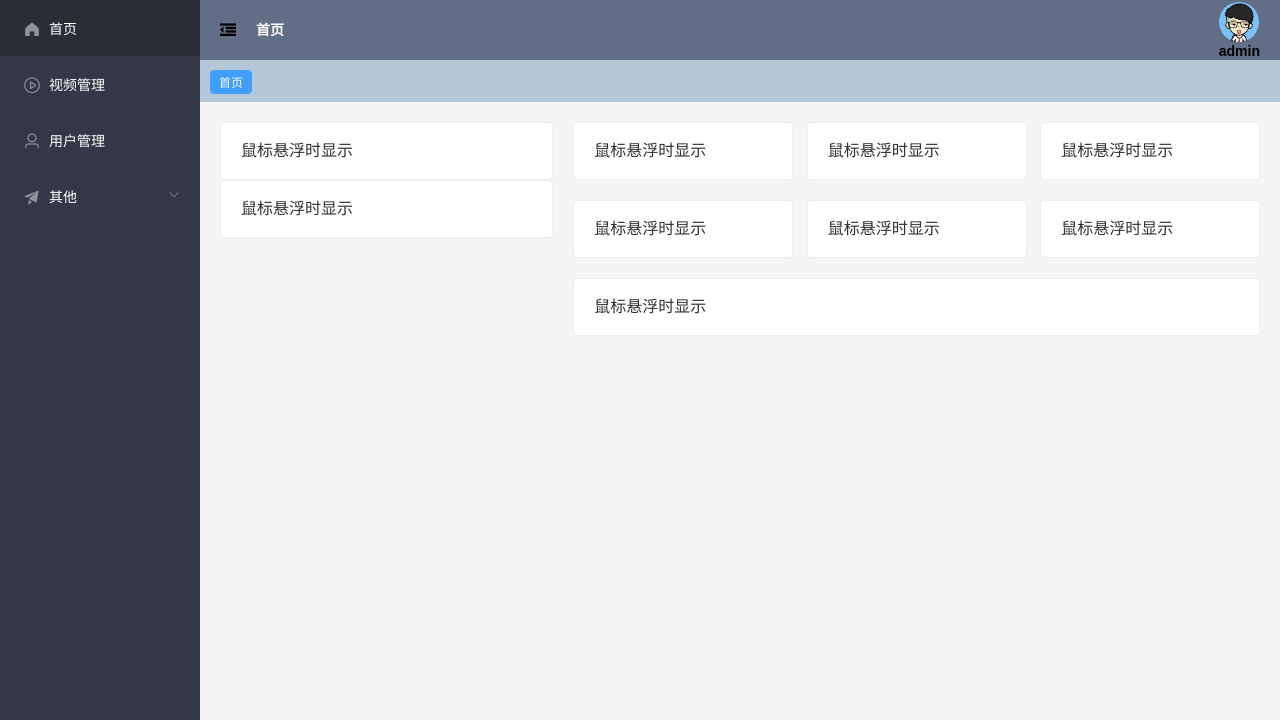
Repository: coWhy/vue-manage
Page: /
An editor plug-in stored every save of this project. The page is shown before and after the next save, followed by the edit.
The browser window is 1280 px wide. The pictures show the whole page.
The project was rebuilt for these pictures with package versions that can differ from the ones it lists, and the page was loaded fresh each time. Also part of the build but not shown: vue.config.js.

Above is the page before, as saved 2020-04-13 22:44:35.

### src/main.js
import Vue from 'vue'
import App from './App.vue'
import router from './router'
import store from './store'
// 全局配置样式
import '@/assets/scss/reset.scss'
import '@/assets/font-awesome-4.7.0/css/font-awesome.css'
// 第三方包
import ElementUI from 'element-ui'
import 'element-ui/lib/theme-chalk/index.css'
// 自定义全局插件
import http from '@/plugins/http' // 自定义全局axios
// 引入Mock 主要是用于前端模拟使用 使用时 记得注释掉
import './mock'

Vue.config.productionTip = false
Vue.use(http)
console.log(
  `当前所处开发环境:【${process.env.NODE_ENV}】| 路由为: 【${process.env.VUE_APP_URL}】`
)
Vue.use(ElementUI)
new Vue({
  router,
  store,
  render: h => h(App)
}).$mount('#app')

### src/App.vue
<template>
  <div id="app">
    <router-view />
  </div>
</template>

<style lang="scss">
#app {
  // color: $theme-color;
  height: 100vh;
}
</style>

### src/router/index.js
import Vue from 'vue'
import VueRouter from 'vue-router'
//
const originalPush = VueRouter.prototype.push
VueRouter.prototype.push = function push(location) {
  return originalPush.call(this, location).catch(err => err)
}
Vue.use(VueRouter)

const routes = [
  {
    path: '/',
    component: () => import('@/views/layout/index'),
    children: [
      {
        path: '/',
        name: 'home',
        component: () => import('@/views/home/index')
      },
      {
        path: '/video',
        name: 'video',
        component: () => import('@/views/video/index')
      },
      {
        path: '/user',
        name: 'user',
        component: () => import('@/views/user/index')
      },
      {
        path: '/page1',
        name: 'page1',
        component: () => import('@/views/other/page1')
      },
      {
        path: '/page2',
        name: 'page2',
        component: () => import('@/views/other/page2')
      }
    ]
  }
]

const router = new VueRouter({
  routes
})

export default router

### src/store/index.js
import Vue from 'vue'
import Vuex from 'vuex'
import tag from './modules/tag'
Vue.use(Vuex)

export default new Vuex.Store({
  state: {},
  mutations: {},
  actions: {},
  modules: {
    tag
  }
})

### src/plugins/http.js
// 自定义开发插件
import axios from 'axios'

const MyHttpServer = {}

MyHttpServer.install = Vue => {
  // 基准地址
  // axios.defaults.baseURL = process.env.VUE_APP_URL
  const service = axios.create({
    baseURL: process.env.VUE_APP_URL, //请求基础url
    timeout: 3000 //  请求超时时间
  })
  // 添加请求拦截器 token拦截
  service.interceptors.request.use(
    config => {
      return config
    },
    err => {
      console.log(err)
    }
  )
  // 响应拦截器
  service.interceptors.response.use(
    response => {
      let res = {}
      //  此处对不同状态码 进行不同的操作 比如404 跳转页面等
      res.status = response.status
      res.data = response.data
      return res
    },
    err => {
      console.log(err)
    }
  )
  Vue.prototype.$http = axios
}
export default MyHttpServer

### src/mock/index.js
import Mock from 'mockjs'
import homeApi from './home'
Mock.setup({
  timeout: '200-2000' // 设置延时 [200 - 2000ms]
})
// 首页相关
// 拦截 /home/getData
Mock.mock('/home/getData', 'get', homeApi.getHomeData) // /\/home\/getData/.

### src/assets/scss/_variable.scss
// 全局配置样式 修改主题颜色
$theme-color: #33aef0;

### src/views/layout/index.vue
<template>
  <el-container class="container">
    <!-- 左侧菜单栏 -->
    <el-aside width="auto">
      <common-aside></common-aside>
    </el-aside>
    <el-container>
      <!-- 头部 -->
      <el-header class="header">
        <common-header></common-header>
      </el-header>
      <!-- Tab标签 -->
      <common-tag class="tag"></common-tag>
      <!-- 主体 -->
      <el-main>
        <router-view></router-view>
      </el-main>
    </el-container>
  </el-container>
</template>

<script>
import CommonAside from './components/aside/index'
import CommonHeader from './components/header/index'
import CommonTag from './components/tag/index'
export default {
  components: {
    CommonAside,
    CommonHeader,
    CommonTag
  }
}
</script>

<style lang="scss" scoped>
.container {
  height: 100%;
}
.header {
  background-color: #626e85; // 头部背景色
  width: 100%;
}
.main {
  padding-top: 0;
}
</style>

### src/views/home/index.vue
<template>
  <el-row class="home" :gutter="20">
    <!-- 左侧 -->
    <el-col :span="8">
      <el-card shadow="hover">
        鼠标悬浮时显示
      </el-card>
      <el-card shadow="hover">
        鼠标悬浮时显示
      </el-card>
    </el-col>
    <!-- 右侧 -->
    <el-col :span="16">
      <!-- 顶部  -->
      <div class="num">
        <el-card shadow="hover" v-for="item in 6" :key="item">
          鼠标悬浮时显示
        </el-card>
      </div>
      <!-- 底部 -->
      <div>
        <el-card shadow="hover">
          鼠标悬浮时显示
        </el-card>
      </div>
    </el-col>
  </el-row>
</template>

<script>
export default {
  methods: {
    async getVideoData() {
      const res = await this.$http.get('/home/getData')
      console.log(res)
    }
  },
  created() {
    this.getVideoData()
  }
}
</script>

<style lang="scss" scoped>
@import url('~@/assets/scss/home.scss');
</style>

### src/store/modules/tag.js
export default {
  state: {
    isCollapse: false, // 左侧菜单栏是否折叠
    curMenu: null, // 点击选中的菜单
    menuList: [], // 全部菜单
    tagList: [
      // 首页是不可关闭的
      {
        path: '/',
        name: 'home',
        title: '首页',
        icon: 'el-icon-s-home'
      }
    ] // 存放tags 点击后 就存到里面去
  },
  mutations: {
    // 点击 菜单之后 对应的tab 标签也要 进入 tabList 进行存放
    // 首页 不加入tabList
    getMenu(state, selectedMenu) {
      if (selectedMenu.name !== 'home') {
        state.curMenu = selectedMenu
        let result = state.tagList.findIndex(
          item => item.name === selectedMenu.name
        )
        if (result === -1) {
          // 没找到这个tag 就放进tagList
          state.tagList.push(selectedMenu)
        }
      } else {
        state.curMenu = null
      }
    },
    // 关闭选中的tag
    closeTag(state, selectedTag) {
      // if (selectedTag.name !== 'home') {
      // }
      // 找到tag的索引 进行删除
      let result = state.tagList.findIndex(
        item => item.name === selectedTag.name
      )
      state.tagList.splice(result, 1)
    },
    // 折叠左侧菜单栏
    collapseAsideMenu(state) {
      state.isCollapse = !state.isCollapse
    }
  },
  actions: {},
  modules: {}
}

### src/mock/home.js
import Mock from 'mockjs'
export default {
  getHomeData: () => {
    return {
      code: 20000,
      data: [
        {
          name: 'SpringBoot',
          value: Mock.Random.float(1000, 10000, 0, 2)
        },
        {
          name: 'SpringBoot',
          value: Mock.Random.float(1000, 10000, 0, 2)
        },
        {
          name: 'React',
          value: Mock.Random.float(1000, 10000, 0, 2)
        },
        {
          name: 'Vue',
          value: Mock.Random.float(1000, 10000, 0, 2)
        },
        {
          name: '微信小程序',
          value: Mock.Random.float(1000, 10000, 0, 2)
        },
        {
          name: 'Es6',
          value: Mock.Random.float(1000, 10000, 0, 2)
        },
        {
          name: 'Java',
          value: Mock.Random.float(1000, 10000, 0, 2)
        }
      ]
    }
  }
}

### src/views/layout/components/aside/index.vue
<template>
  <el-menu
    default-active="2"
    class="el-menu-vertical-demo"
    :background-color="asideSetting.bgColor"
    :text-color="asideSetting.texteColor"
    :active-text-color="asideSetting.activeTextColor"
    :collapse="isCollapse"
  >
    <!-- 这是没有子级菜单的
    handleClickMenu(item) 将选中的菜单元素存入store中的menu 用于tab使用
    由于 分两种情况 所以 下面两种 都需要加上handleClickMenu 事件
    v-for="item in noChildrenList" 遍历元素列表
    :index="item.path"  路由相关
    :key="item.title" 索引 避免重复
    -->
    <!-- noChildrenList -->
    <el-menu-item
      :index="item.path"
      v-for="item in noChildrenList"
      :key="item.title"
      @click="handleClickMenu(item)"
    >
      <i :class="item.icon"></i>
      <span slot="title">{{ item.title }}</span>
    </el-menu-item>
    <!-- hasChildrenList -->
    <el-submenu
      :index="item.title"
      v-for="item in hasChildrenList"
      :key="item.title"
    >
      <template slot="title">
        <i :class="item.icon"></i>
        <span slot="title">{{ item.title }}</span>
      </template>
      <el-menu-item-group>
        <el-menu-item
          :index="subItem.path"
          v-for="subItem in item.children"
          :key="subItem.title"
          @click="handleClickMenu(subItem)"
        >
          <i :class="subItem.icon"></i>
          <span slot="title">{{ subItem.title }}</span>
        </el-menu-item>
      </el-menu-item-group>
    </el-submenu>
  </el-menu>
</template>

<script>
export default {
  computed: {
    noChildrenList() {
      // asideMenuList 没有 子级菜单
      return this.asideMenuList.filter(item => !item.children)
    },
    hasChildrenList() {
      // asideMenuList 有 子级菜单
      return this.asideMenuList.filter(item => item.children)
    },
    // 取出vuex中的是否折叠isCollapse
    isCollapse() {
      return this.$store.state.tag.isCollapse
    }
  },
  data() {
    return {
      asideSetting: {
        bgColor: '#343746', // 侧边栏背景颜色
        activeTextColor: '#4ffffb', // 选中字体的颜色
        texteColor: '#fff' // 默认字体颜色
      },
      //侧边栏菜单列表
      asideMenuList: [
        {
          path: '/',
          name: 'home',
          title: '首页',
          icon: 'el-icon-s-home'
        },
        {
          path: '/video',
          name: 'video',
          title: '视频管理',
          icon: 'el-icon-video-play'
        },
        {
          path: '/user',
          name: 'user',
          title: '用户管理',
          icon: 'el-icon-user'
        },
        {
          title: '其他',
          icon: 'el-icon-s-promotion',
          children: [
            {
              path: '/page1',
              name: 'page1',
              title: '页面1',
              icon: 'el-icon-setting'
            },
            {
              path: '/page2',
              name: 'page2',
              title: '页面2',
              icon: 'el-icon-setting'
            }
          ]
        }
      ]
    }
  },
  methods: {
    // 选中菜单 传入store
    handleClickMenu(item) {
      // 跳转到指定的页面
      this.$router.push({ name: item.name })
      this.$store.commit('getMenu', item)
    }
  }
}
</script>

<style lang="scss" scoped>
.el-menu {
  // 菜单占满容器
  height: 100%;
  border: none;
}
// 折叠样式
.el-menu-vertical-demo:not(.el-menu--collapse) {
  width: 200px;
  min-height: 400px;
}
</style>

### src/views/layout/components/header/index.vue
<template>
  <header class="header">
    <div class="l-content">
      <!-- 折叠标签 可以折叠左侧菜单栏 折叠：fa fa-outdent 展开： fa fa-indent -->
      <i
        :class="
          $store.state.tag.isCollapse === true
            ? 'fa fa-indent'
            : 'fa fa-outdent '
        "
        aria-hidden="true"
        @click="collapseAsideMenu()"
      ></i>
      <!-- 面包屑导航 -->
      <el-breadcrumb separator="/">
        <!-- 默认保留一个 首页 -->
        <el-breadcrumb-item :to="{ path: '/' }">首页</el-breadcrumb-item>
        <!-- curMenu 不为null的时候才渲染出来 -->
        <el-breadcrumb-item :to="curMenu.path" v-if="curMenu">
          {{ curMenu.title }}
        </el-breadcrumb-item>
      </el-breadcrumb>
    </div>
    <!-- 用户部分 头像 下拉菜单 等 -->
    <div class="r-content">
      <el-dropdown trigger="click" size="mini">
        <span class="el-dropdown-link">
          <!-- 用户头像 和 用户名 动态获取 -->
          <img :src="userInfo.avatar" class="avatar" />
          <span class="name">{{ userInfo.username }}</span>
        </span>
        <el-dropdown-menu slot="dropdown">
          <el-dropdown-item>个人中心</el-dropdown-item>
          <el-dropdown-item>退出登录</el-dropdown-item>
        </el-dropdown-menu>
      </el-dropdown>
    </div>
  </header>
</template>

<script>
import { mapState } from 'vuex'
export default {
  computed: {
    ...mapState({
      curMenu: state => state.tag.curMenu // 选中的菜单对象
    })
  },
  data() {
    return {
      // 用户信息
      userInfo: {
        username: 'admin', // 用户名
        avatar: require('@/assets/images/user.png') // 用户头像
      }
    }
  },
  methods: {
    // 折叠左侧菜单栏
    collapseAsideMenu() {
      this.$store.commit('collapseAsideMenu')
    }
  }
}
</script>

<style lang="scss" scoped>
.header {
  display: flex;
  height: 100%;
  align-items: center;
  justify-content: space-between;
}
.l-content {
  // width: 380;
  display: flex;
  align-items: center;
  i {
    margin-right: 20px;
  }
  justify-content: space-between;
}
.r-content {
  .avatar {
    width: 40px;
    height: 40px;
    border-radius: 50%;
  }
  .name {
    display: flex;
    height: 100%;
    color: black;
    font-weight: bolder;
    align-items: center;
  }
}
</style>
<style lang="scss">
.el-breadcrumb__item {
  .el-breadcrumb__inner {
    color: #b9d0fb;
    font-weight: normal;
  }
  &:last-child {
    .el-breadcrumb__inner {
      color: #ffffff;
      font-weight: bolder;
    }
  }
}
</style>

### src/views/layout/components/tag/index.vue
<template>
  <div class="tags">
    <!--  tabs标签
  不是首页才可以关闭
  选中tag颜色变化 :effect="$route.name === tag.name ? 'dark' : 'plain'"
  -->
    <el-tag
      size="small"
      :key="tag.name"
      v-for="tag in tagList"
      :closable="tag.name !== 'home'"
      :disable-transitions="false"
      @close="handleClose(tag)"
      @click="changeMenu(tag)"
      :effect="$route.name === tag.name ? 'dark' : 'plain'"
    >
      {{ tag.title }}
    </el-tag>
  </div>
</template>

<script>
import { mapState, mapMutations } from 'vuex'
export default {
  computed: {
    ...mapState({
      tagList: state => state.tag.tagList
    })
  },
  data() {
    return {}
  },
  methods: {
    ...mapMutations({
      closeTag: 'closeTag'
    }),
    // 关闭tag
    handleClose(tag) {
      this.closeTag(tag)
    },
    changeMenu(tag) {
      this.$store.commit('getMenu', tag)
      this.$router.push({ name: tag.name })
    }
  }
}
</script>

<style lang="scss" scoped>
.tags {
  background-color: #b5c6d6;
  position: relative;
  height: 42px;
  border: none;
  overflow: hidden;
  padding: 10px;
  .el-tag {
    padding-top: 1px;
    padding-bottom: 1px;
    margin-right: 15px;
    cursor: pointer;
  }
}
</style>

### src/assets/scss/home.scss
.home {
  .user {
    display: flex;
    align-items: center;
    padding-bottom: 20px;
    margin-bottom: 20px;
    border-bottom: 1px solid #ccc;
    img {
      width: 150px;
      height: 150px;
      border-radius: 50%;
      margin-right: 40px;
    }
    &info {
      .name {
        font-size: 32px;
        margin-bottom: 10px;
      }
      .access {
        color: #999999;
      }
    }
  }
  .login-info {
    p {
      line-height: 28px;
      font-size: 14px;
      color: #999999;
      span {
        color: #666666;
        margin-left: 60px;
      }
    }
  }
  .num {
    display: flex;
    flex-wrap: wrap;
    justify-content: space-between;
    .el-card {
      width: 32%;
      margin-bottom: 20px;
    }
    .icon {
      font-size: 30px;
      width: 80px;
      height: 80px;
      text-align: center;
      line-height: 80px;
      color: #fff;
    }
    .detail {
      margin-left: 15px;
      display: flex;
      flex-direction: column;
      justify-content: center;
      .num {
        font-size: 30px;
        margin-bottom: 10px;
      }
      .txt {
        font-size: 14px;
        text-align: center;
        color: #999999;
      }
    }
  }
  .graph {
    margin-top: 20px;
    display: flex;
    justify-content: space-between;
    .el-card {
      width: 48%;
    }
  }
}

Loaded but not shown: public/index.html (common file); src/assets/scss/reset.scss (common file); src/assets/font-awesome-4.7.0/css/font-awesome.css (library)

After the next save:
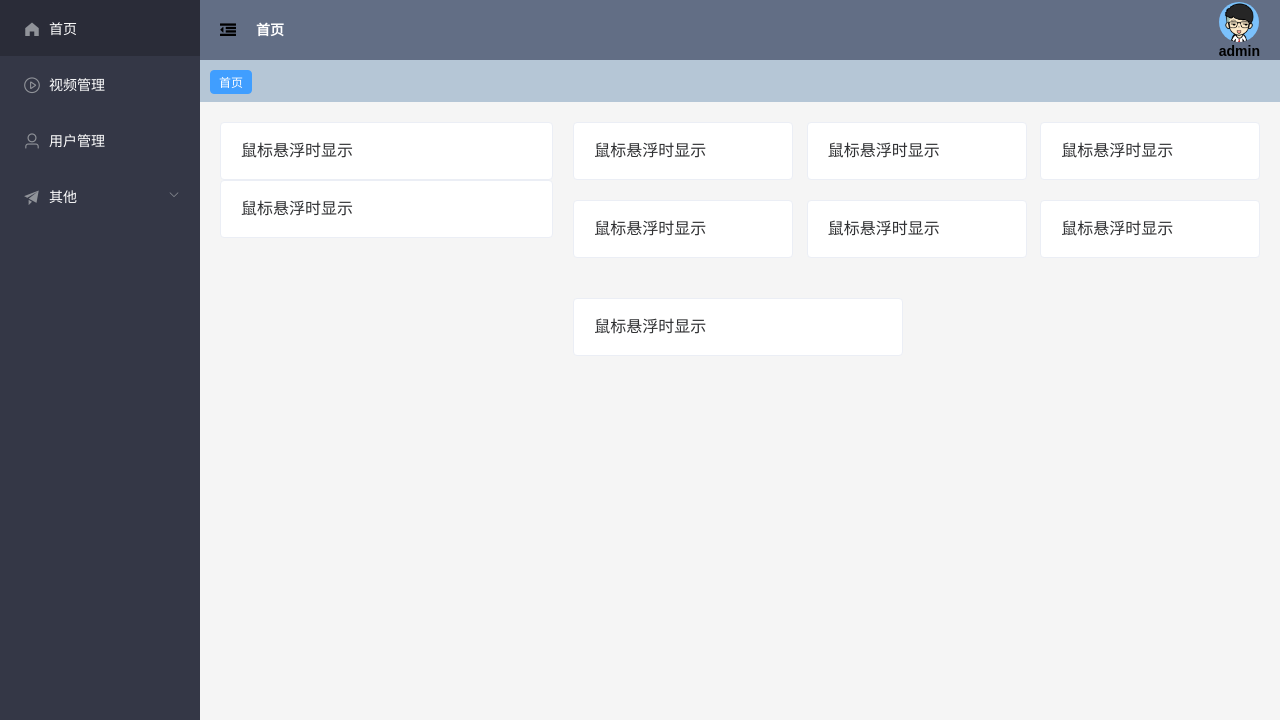
Saved 29 s later.
--- a/src/views/home/index.vue
+++ b/src/views/home/index.vue
@@ -18,7 +18,7 @@
         </el-card>
       </div>
       <!-- 底部 -->
-      <div>
+      <div class="graph">
         <el-card shadow="hover">
           鼠标悬浮时显示
         </el-card>
